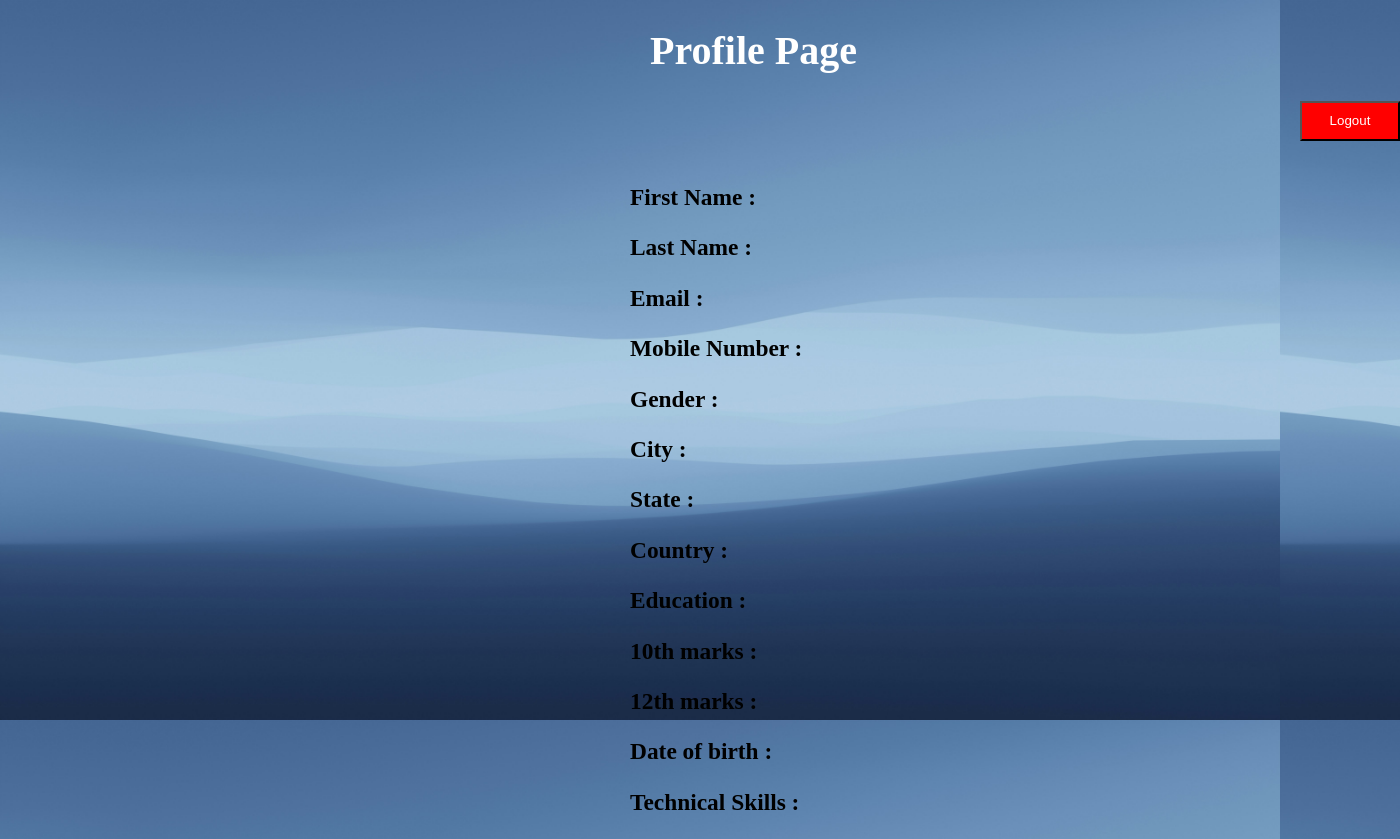
Repository: aboli-vyas/Servlet_Projects
Page: http://localhost/Sevlet_Project/Profile.jsp
An editor plug-in stored every save of this project. The page is shown before and after the next save, followed by the edit.
The browser window is 1280 px wide. The page is 1400 px wide, then 1357 px, so the pictures cover 1400 px, including what lies to the right of the window. The pictures show the whole page.
Backgrounds fixed to the window are drawn as part of the page. The page is served by Tomcat 10. The template is opened directly, without the code that normally fills it, so the values that code supplies are empty.

Above is the page before, as saved 2025-06-10 14:16:52.

After the next save:
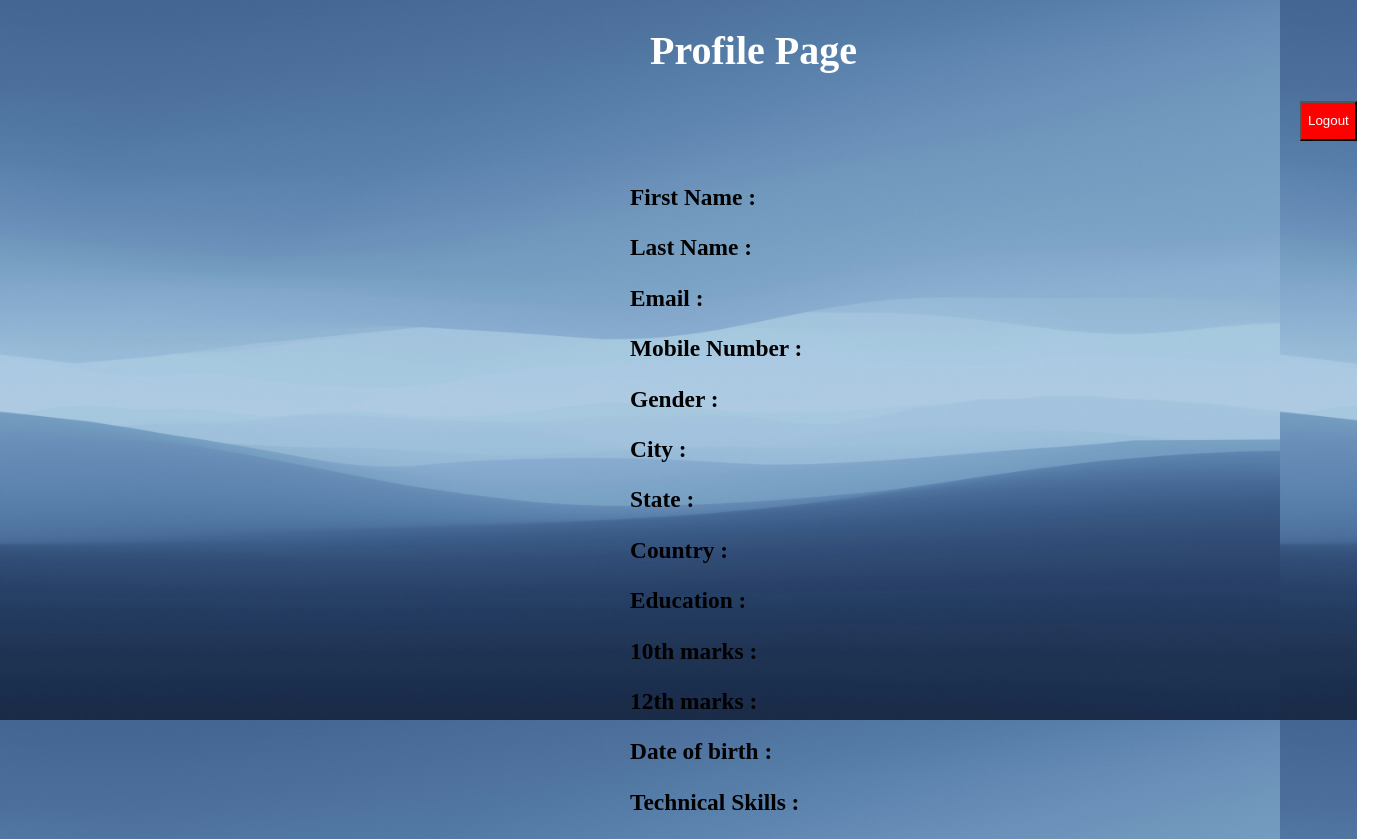
Saved 40 s later.
--- a/Sevlet_Project/src/main/webapp/style4.css
+++ b/Sevlet_Project/src/main/webapp/style4.css
@@ -10,6 +10,7 @@
 }
 button{
 	margin-left: 1300px;
+	margin-top
 	width:100px;
 	height:40px;
 	background-color: red;
